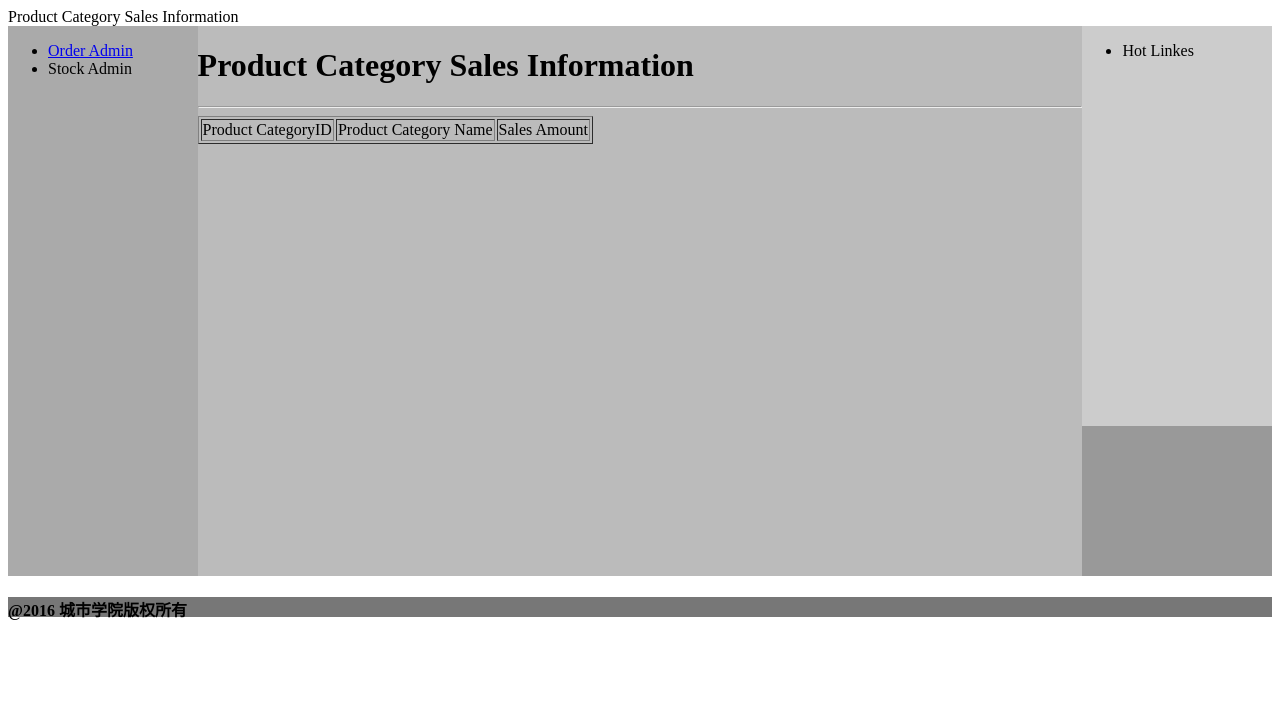
Repository: flowerthorn/javaee-test
Page: http://localhost/sapweb/productcategory/salesmain.jsp
The author's editor kept a copy of each file at every save. The page is drawn from the files as they stood at one save, then again after the next save.
The browser window is 1280 px wide. The pictures show the whole page.
The page is served by Tomcat 9.

Above is the page before, as saved 2016-12-05 06:34:06.

After the next save:
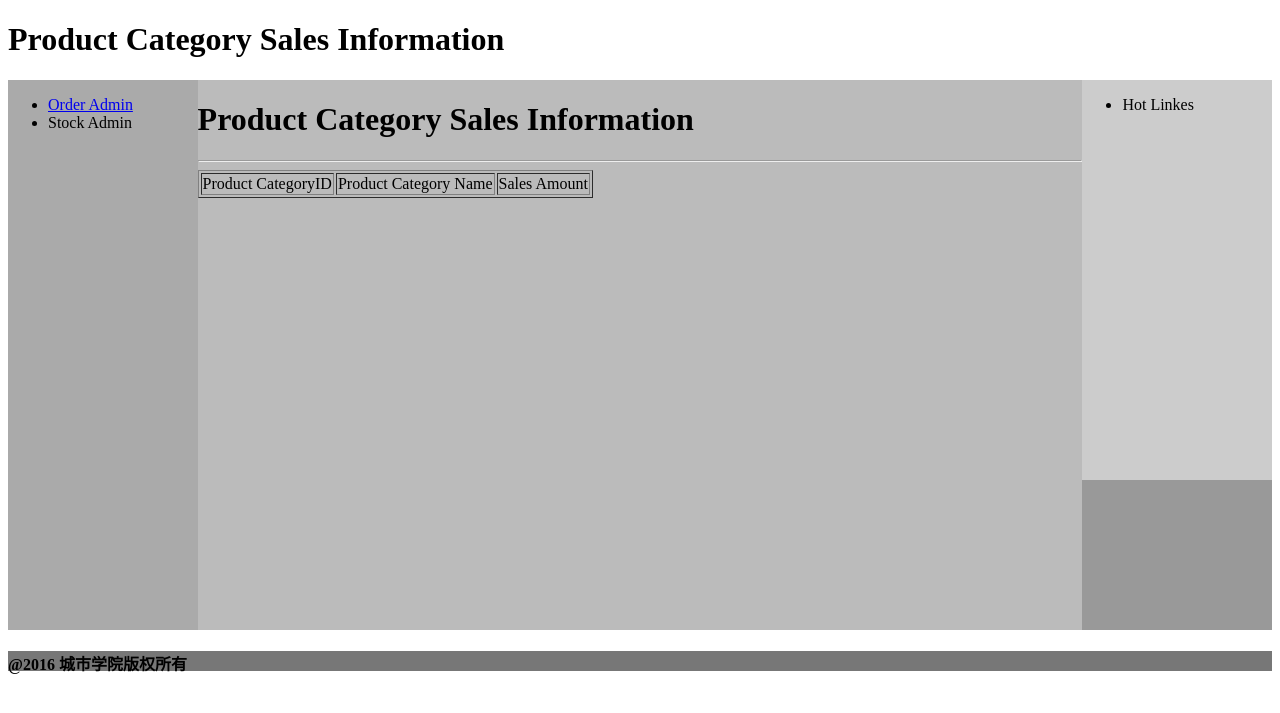
Saved 14 s later.
--- a/12_ JSTL I18N标记编程/12.05/sapweb/WebContent/include/header.jsp
+++ b/12_ JSTL I18N标记编程/12.05/sapweb/WebContent/include/header.jsp
@@ -1,3 +1,3 @@
 <%@ page language="java" contentType="text/html; charset=UTF-8"
     pageEncoding="UTF-8"%>
-<fmt:message key="productcategory.salesmain.h1"></fmt:message>
+<h1><fmt:message key="productcategory.salesmain.h1"></fmt:message></h1>
--- a/12_ JSTL I18N标记编程/12.05/sapweb/WebContent/include/right.jsp
+++ b/12_ JSTL I18N标记编程/12.05/sapweb/WebContent/include/right.jsp
@@ -1,5 +1,5 @@
 <%@ page language="java" contentType="text/html; charset=UTF-8"
     pageEncoding="UTF-8"%>
 <ul>
-         <li><fmt:message key="productcategory.salesmain.right"></fmt:message></li>
-      </ul>
+   <li><fmt:message key="productcategory.salesmain.right"></fmt:message></li>
+</ul>
